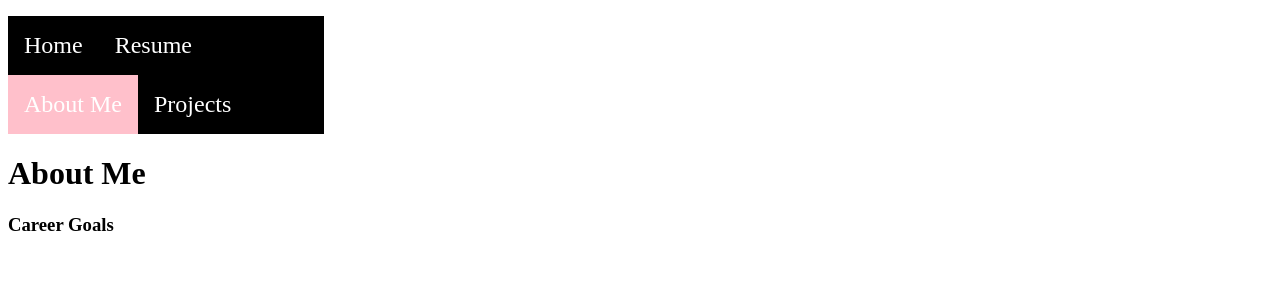
Repository: Peng-uin/Peng-uin.github.io
Page: aboutme.html
The author's editor kept a record of every edit. The page is drawn from the files as they stood at one moment, then again after the next edit.
The browser window is 1280 px wide. The pictures show the whole page.

Above is the page before.

After the next edit:
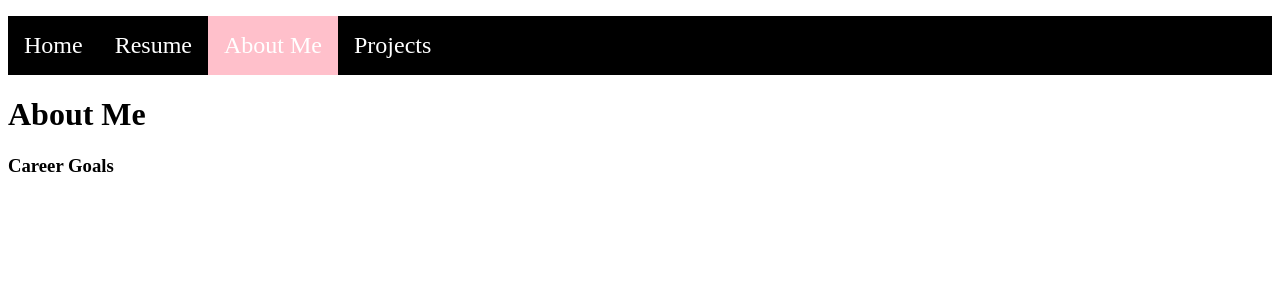
The edit:
--- a/style.css
+++ b/style.css
@@ -3,7 +3,7 @@
                 background-color: black;
                 overflow: hidden;
                 padding: 0;
-                width: 25%;
+                width: 100%;
             }
             .navbar a, .dropdown div{
                 text-decoration: none;
